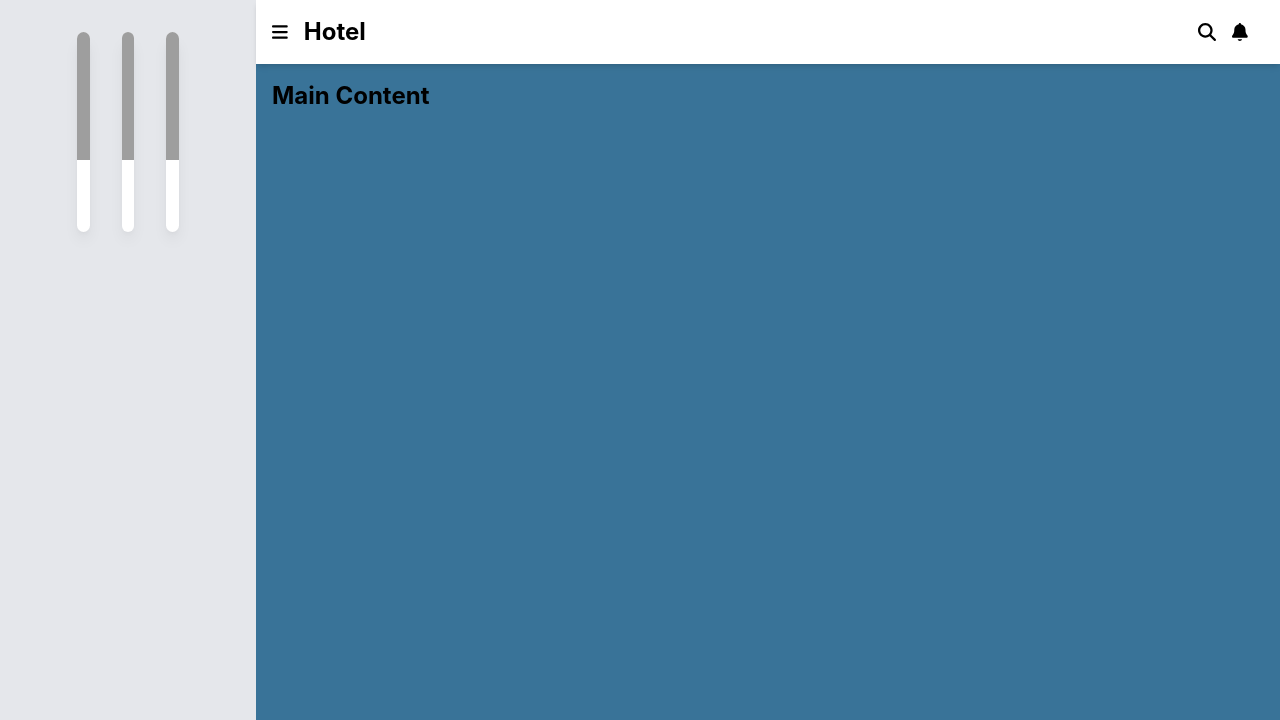
Repository: musabismael/Hotel
Page: /
An editor plug-in stored every save of this project. The page is shown before and after a run of saves, followed by the edit.
The browser window is 1280 px wide. The pictures show the whole page.
Pictures or frames that could not be fetched are drawn as grey boxes. The project was rebuilt for these pictures with package versions that can differ from the ones it lists, and the page was loaded fresh each time. Also part of the build but not shown: vite.config.js.

Above is the page before, as saved 2023-09-30 13:56:45.

After the next 2 saves:
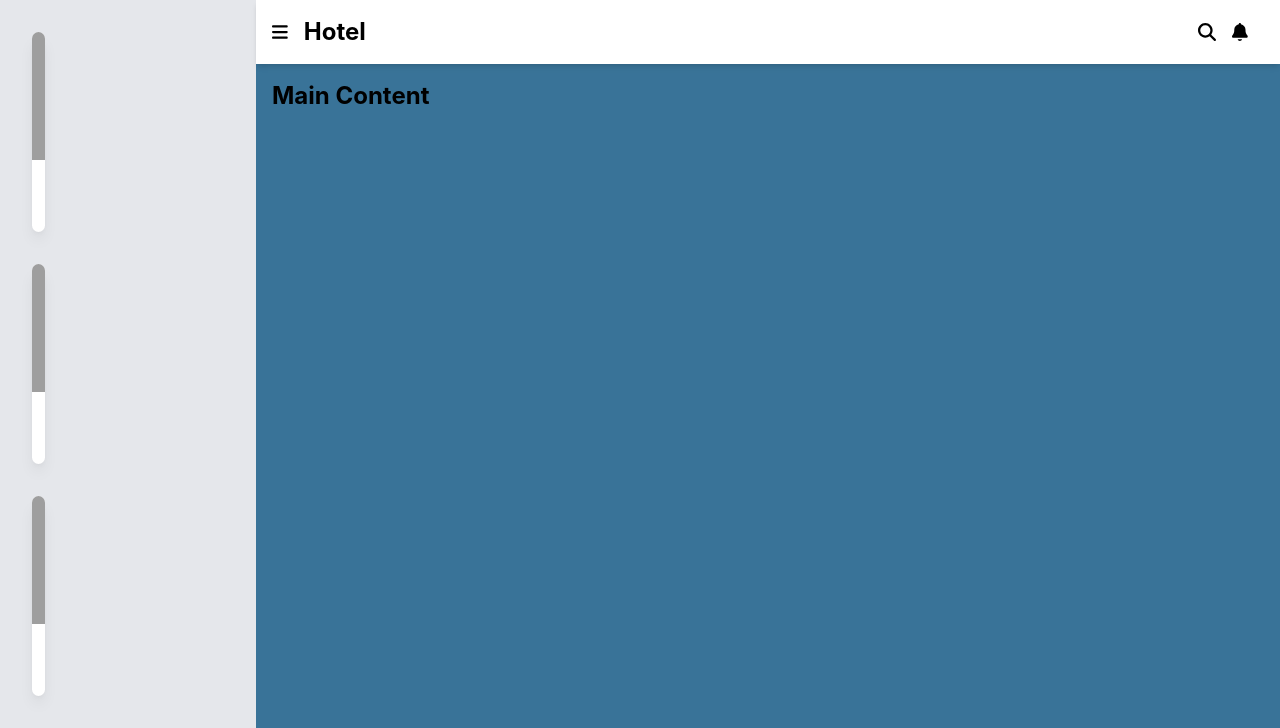
The 2 saves are shown as one change because they came seconds apart.
The last was saved 25 s later.
--- a/src/component/Sidebar.jsx
+++ b/src/component/Sidebar.jsx
@@ -25,7 +25,6 @@ const Sidebar = () => {
   return (
     <aside className="bg-gray-200 w-1/5 min-h-screen p-4">
       <nav>
-      <div className="flex flex-wrap justify-center">
 
         {cardData.map((card) => (
           <Card
@@ -35,7 +34,6 @@ const Sidebar = () => {
             onClick={() => handleCardClick(card.id)}
           />
         ))}
-        </div>
       </nav>
     </aside>
   );
